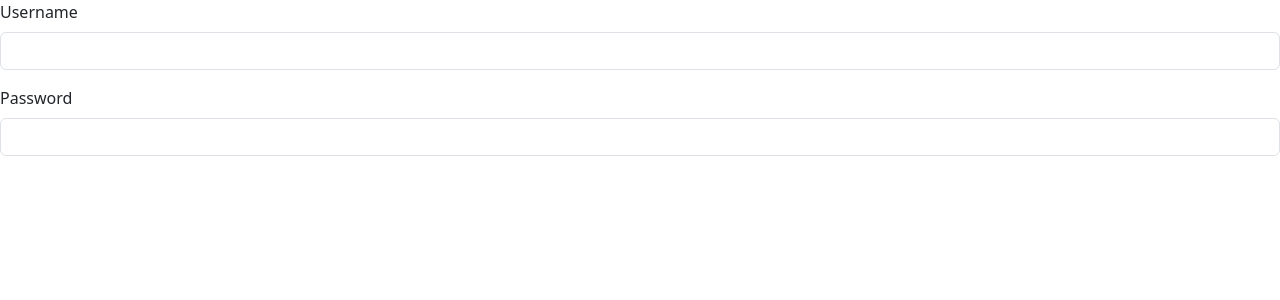
Repository: manit4/cris_batch2
Page: http://localhost/jsp_security/views/index.jsp
The author's editor kept a copy of each file at every save. The page is drawn from the files as they stood at one save, then again after the next save.
The browser window is 1280 px wide. The pictures show the whole page.
The page is served by Tomcat 9.

Above is the page before, as saved 2024-03-01 05:04:43.

After the next save:
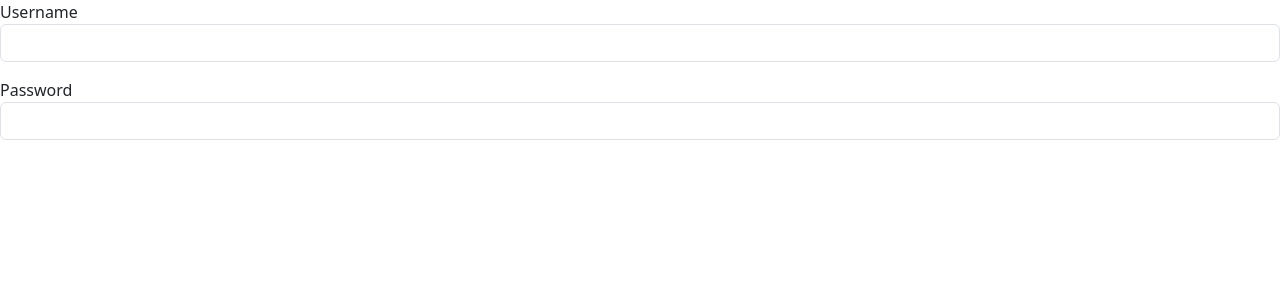
Saved 26 s later.
--- a/jsp_security/src/main/webapp/views/index.jsp
+++ b/jsp_security/src/main/webapp/views/index.jsp
@@ -14,11 +14,11 @@
 </head>
 <body>
 	<div class="mb-3">
-		<label class="form-label">Username
+		<label class="form-label1">Username
 			</label> <input type="text" class="form-control" value="">
 	</div>
 	<div class="mb-3">
-		<label class="form-label">Password
+		<label class="form-label1">Password
 			</label> <input type="password" class="form-control" value="">
 	</div>
 </body>

After the save that followed:
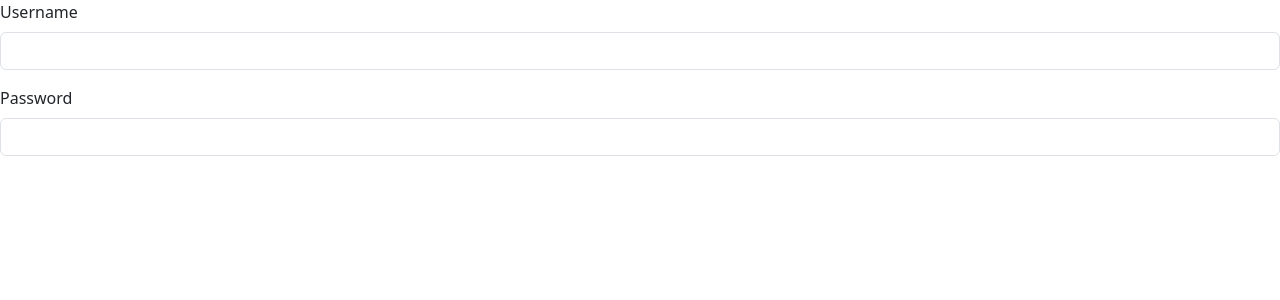
Saved 6 s later.
--- a/jsp_security/src/main/webapp/views/index.jsp
+++ b/jsp_security/src/main/webapp/views/index.jsp
@@ -14,11 +14,11 @@
 </head>
 <body>
 	<div class="mb-3">
-		<label class="form-label1">Username
+		<label class="form-label">Username
 			</label> <input type="text" class="form-control" value="">
 	</div>
 	<div class="mb-3">
-		<label class="form-label1">Password
+		<label class="form-label">Password
 			</label> <input type="password" class="form-control" value="">
 	</div>
 </body>
